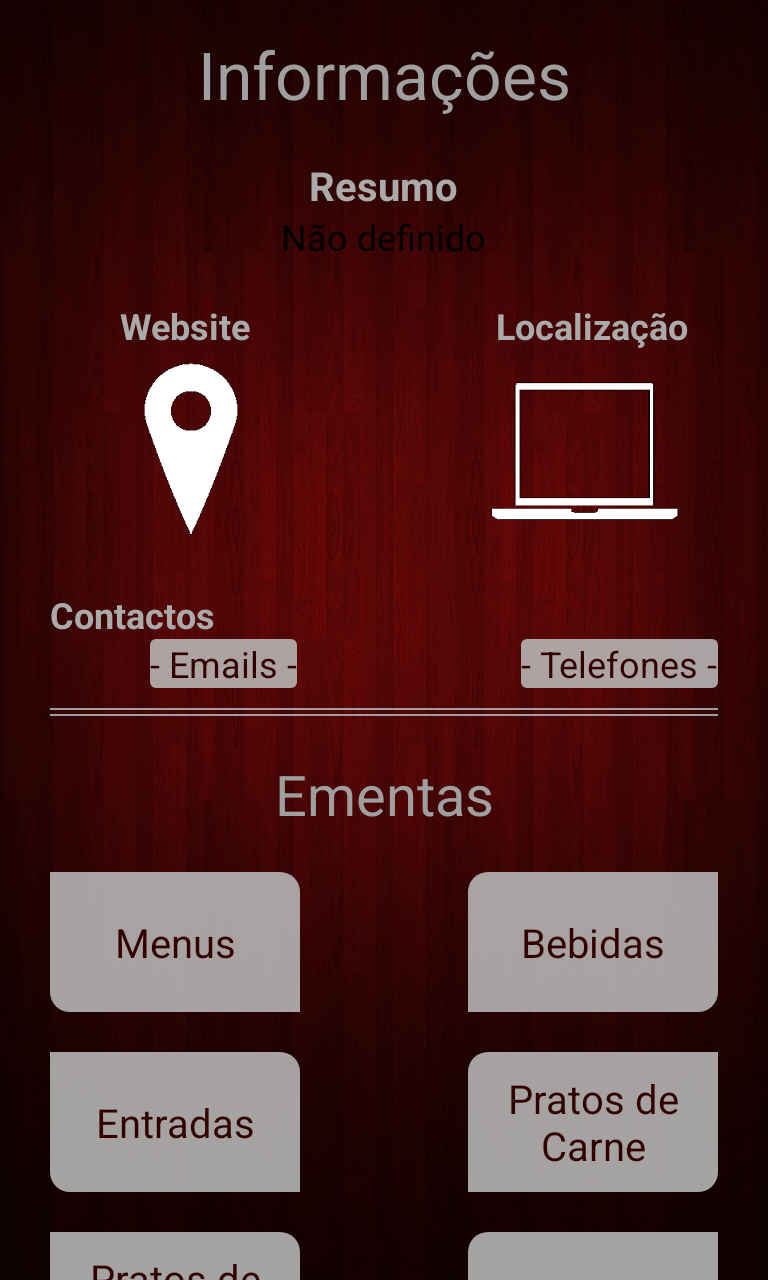
Repository: LuisFilipeDias/eMenu
Layout: SideMenuTutorial/res/layout/fragment.xml
An editor plug-in stored every save of this project. The layout is shown before and after the next save, followed by the edit.
It is drawn on a 768 x 1280 px phone screen (xhdpi) without system bars, with theme Theme.Sherlock; the app's code is not run.

Above is the layout before, as saved 2013-12-23 22:10:22.

After the next save:
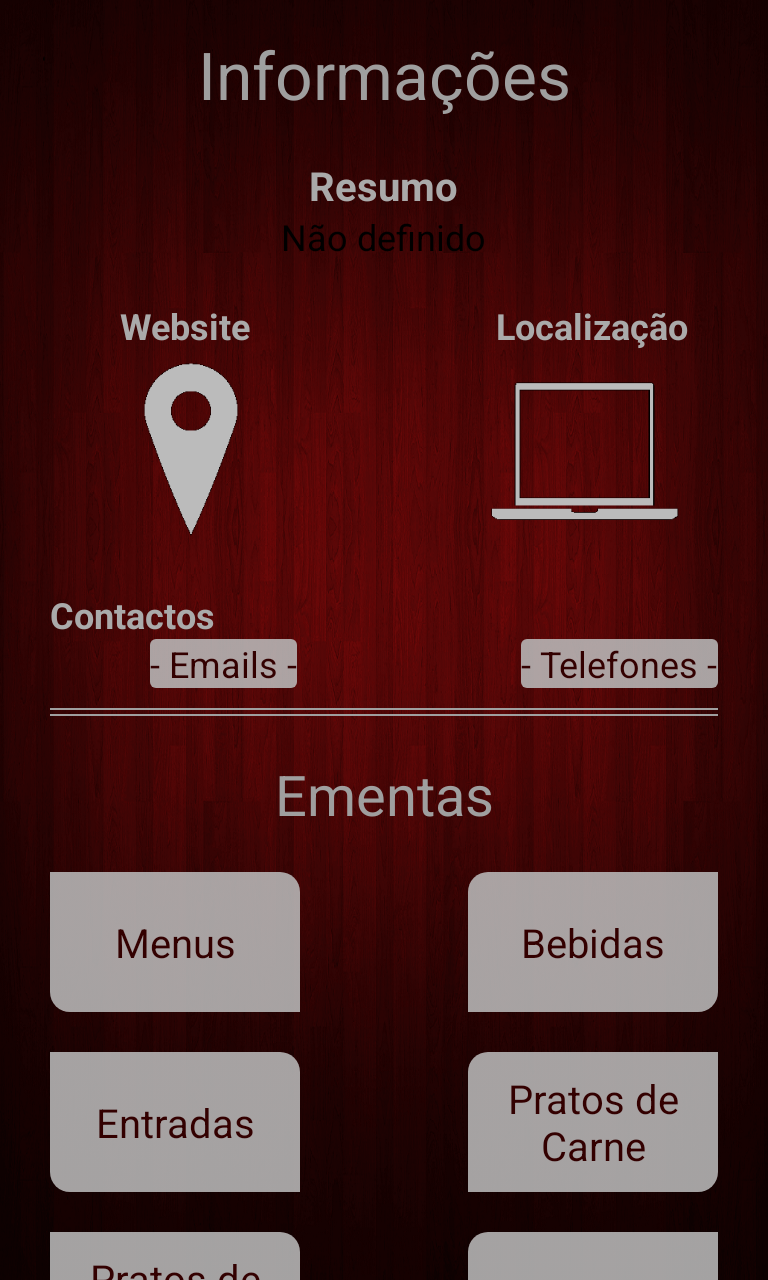
Saved 36 s later.
--- a/SideMenuTutorial/res/layout/fragment.xml
+++ b/SideMenuTutorial/res/layout/fragment.xml
@@ -80,7 +80,7 @@
 	            	android:layout_marginLeft="-15dp"
 	            	android:layout_below="@+id/website_ttl"
 			        android:layout_alignLeft="@+id/website_ttl"
-	            	android:background="@drawable/local_click"
+	            	android:background="@drawable/local_clicked"
 	            	android:onClick="websiteClicked" />
 
 			   	<TextView
@@ -104,7 +104,7 @@
 			       	android:layout_height="100dp"
 	               	android:layout_below="@+id/location_ttl"
 			       	android:layout_alignRight="@+id/location_ttl"
-			       	android:background="@drawable/website_click"
+			       	android:background="@drawable/website_clicked"
 			       	android:onClick="locationClicked" />
 
 		   		<TextView
